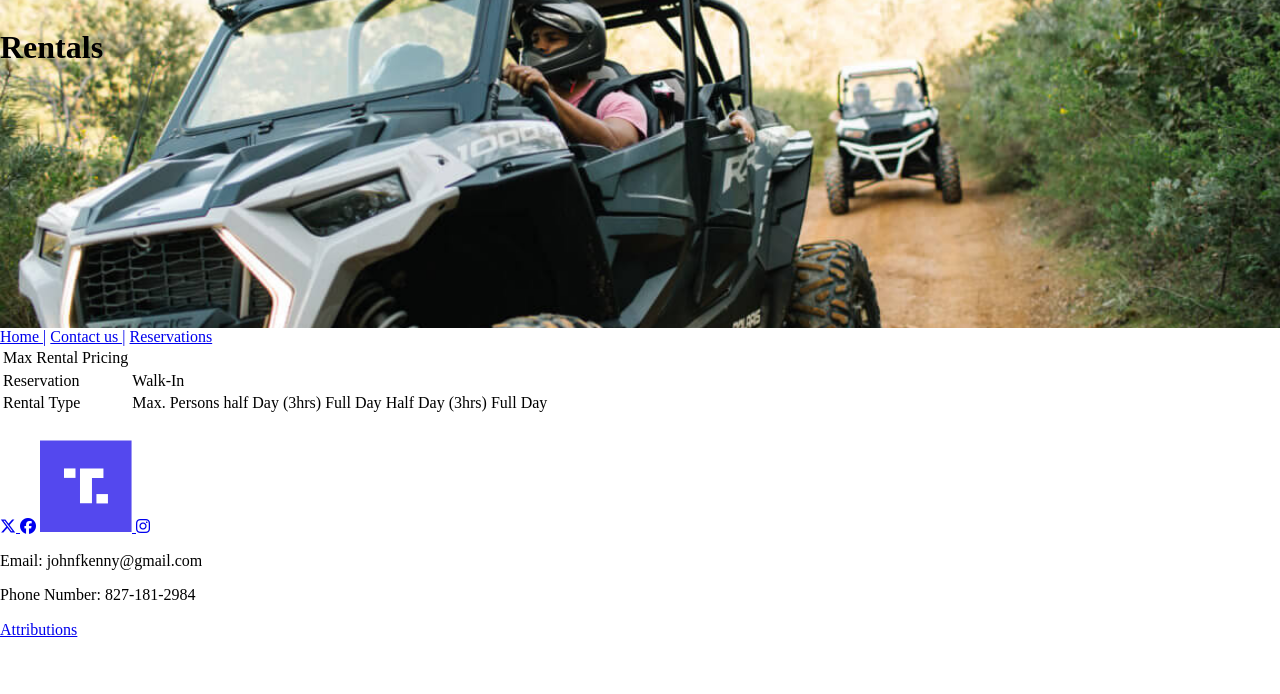
Repository: nak97/WDD230
Page: scoots/rentals-page/rentals-page.html
The author's editor kept a copy of each file at every save. The page is drawn from the files as they stood at one save, then again after the next save.
The browser window is 1280 px wide. The pictures show the whole page.
Some web libraries are served in a nearby version.

Above is the page before, as saved 2023-12-11 12:35:15.
Console error: TypeError: Cannot set properties of null (setting 'innerText')

After the next save:
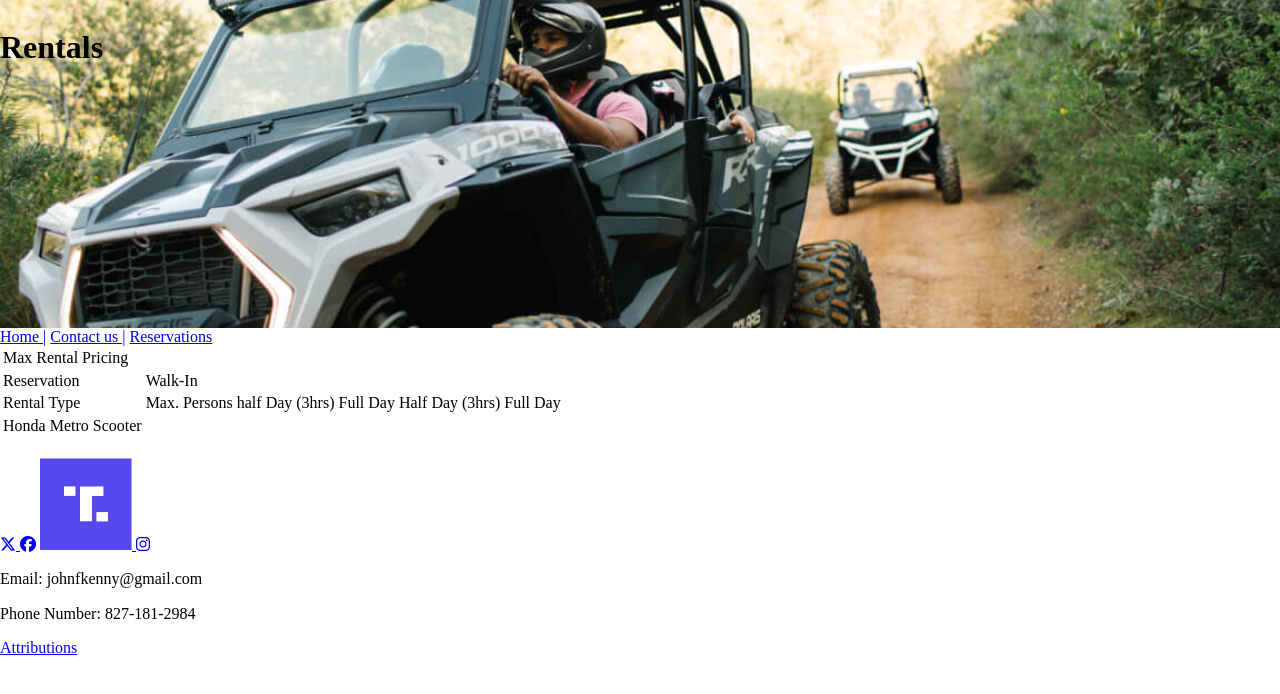
The error is gone.
Saved 6 s later.
--- a/scoots/rentals-page/rentals-page.html
+++ b/scoots/rentals-page/rentals-page.html
@@ -43,7 +43,7 @@
         <td>Full Day</td>
       </tr>
         <tr>
-        <td><span id="price"></span></td>
+        <td><span id="price-half-metro"></span></td>
         <td></td>
         <td></td>
         <td></td>
